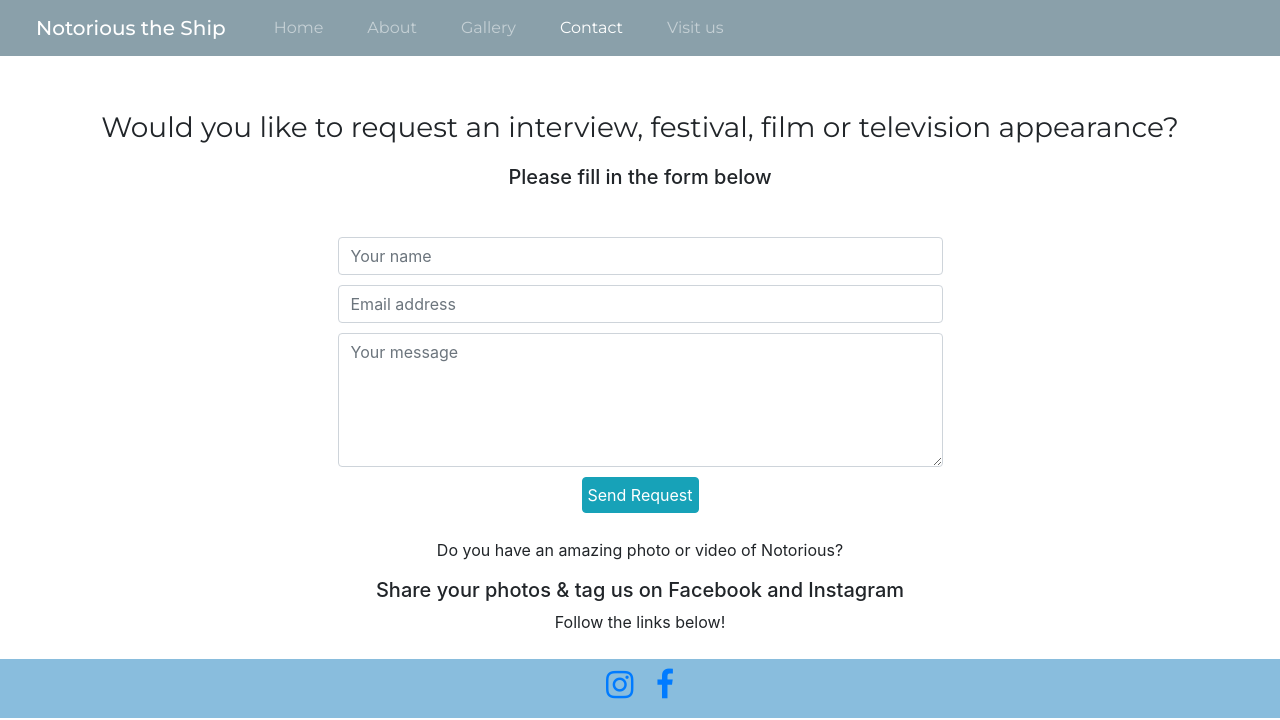
Repository: TSRose/NotorioustheShip
Page: contact.html
The author's editor kept a record of every edit. The page is drawn from the files as they stood at one moment, then again after the next edit.
The browser window is 1280 px wide. The pictures show the whole page.

Above is the page before.

### contact.html
<!DOCTYPE html>
<html lang="en">

<head>
    <meta charset="UTF-8">
    <meta name="viewport" content="width=device-width, initial-scale=1.0">
    <meta http-equiv="X-UA-Compatible" content="ie=edge">
    <link rel="stylesheet" href="https://stackpath.bootstrapcdn.com/bootstrap/4.3.1/css/bootstrap.min.css" type="text/css" />
    <link rel="stylesheet" href="https://stackpath.bootstrapcdn.com/font-awesome/4.7.0/css/font-awesome.min.css">
    <link rel="stylesheet" href="assets/css/style.css" type="text/css">

    <title>Notorious the Ship</title>
</head>

<body>
    <nav class="navbar navbar-dark navbar-expand-sm">
        <a href="index.html" class="navbar-brand">Notorious the Ship</a>
        <button class="navbar-toggler ml-auto" type="button" data-toggle="collapse" data-target="#navbarNavDropdown" aria-controls="navbarNavDropdown" aria-expanded="false" aria-label="Toggle navigation">
      <span class="navbar-toggler-icon"></span></button>
        <div class="collapse navbar-collapse" id="navbarNavDropdown">
            <ul class="navbar-nav mr-auto">
                <li class="nav-item mr-2"><a class="nav-link" href="index.html">Home</a></li>
                <li class="nav-item mr-2"><a class="nav-link" href="about.html">About</a></li>
                <li class="nav-item mr-2"><a class="nav-link" href="gallery.html">Gallery</a></li>
                <li class="active nav-item mr-2"><a class="nav-link" href="contact.html">Contact</a></li>
                <li class="nav-item mr-2"><a class="nav-link" href="open.html">Visit us</a></li>
            </ul>
        </div>
    </nav>

    <section class="container-fluid">
        <div class="row bg-color-contact">
            <div class="col-12">
                <h3 class="contact-heading text-center"> Would you like to request an interview, festival, film or television appearance?</h3>
                <h5 class="text-center">Please fill in the form below </h5>
                <div class="center-form">
                    <form>
                        <input type="text" name="name" id="fullname" class="form-control" placeholder="Your name" required />
                        <input type="email" name="email" id="emailaddress" class="form-control" placeholder="Email address" required />
                        <textarea rows="5" name="websitemessage" id="websitemessage" class="form-control" placeholder="Your message" required /></textarea>
                        <div class="form-row text-center">
                            <div class="col-12">
                                <button type="button" class="btn btn-info">Send Request</button>
                            </div>
                        </div>
                    </form>
                </div>
                <div class="text-center share">
                    <p>Do you have an amazing photo or video of Notorious?</p>
                    <h5>Share your photos & tag us on Facebook and Instagram</h5>
                    <p>Follow the links below!</p>
                </div>
            </div>
    </section>
    <!---------------------------footer----->
    <footer class="container-fluid footer">
        <div id="footer-details" class="row">
            <div class="col-12">
                <ul class="list-inline social-links">
                    <li class="list-inline-item">
                        <a target="_blank" href="http://instagram.com/notoriousship">
                        <i class="fa fa-instagram fa-2x" aria-hidden="true"></i>
                        <span class="sr-only">Instagram</span>
                        </a>
                    </li>
                    <li class="list-inline-item">
                        <a target="_blank" href="http://facebook.com/notorioustheship">
                        <i class="fa fa-facebook fa-2x" aria-hidden="true"></i>
                        <span class="sr-only">Facebook</span>
                        </a>
                    </li>
                </ul>
            </div>
        </div>
    </footer>

    <script src="https://code.jquery.com/jquery-3.3.1.slim.min.js" integrity="sha384-q8i/X+965DzO0rT7abK41JStQIAqVgRVzpbzo5smXKp4YfRvH+8abtTE1Pi6jizo" crossorigin="anonymous"></script>
    <script src="https://cdnjs.cloudflare.com/ajax/libs/popper.js/1.14.7/umd/popper.min.js" integrity="sha384-UO2eT0CpHqdSJQ6hJty5KVphtPhzWj9WO1clHTMGa3JDZwrnQq4sF86dIHNDz0W1" crossorigin="anonymous"></script>
    <script src="https://stackpath.bootstrapcdn.com/bootstrap/4.3.1/js/bootstrap.min.js" integrity="sha384-JjSmVgyd0p3pXB1rRibZUAYoIIy6OrQ6VrjIEaFf/nJGzIxFDsf4x0xIM+B07jRM" crossorigin="anonymous"></script>

</body>

</html>

### assets/css/style.css
@import url('https://fonts.googleapis.com/css?family=Montserrat:100,200,300,400,500,600,700|Roboto:100,200,300,400,500,600,700');

body {
    margin: 10;
    padding: 0;
}

header {
    margin: 0;
}

.footer {
    background-color: #89bddd;
    border-color: #89bddd;
}

h2 {
    margin-bottom: 20px;
}

/*-------------------------------- navbar */

.navbar-brand {
    font-family: "Montserrat", sans-serif;
    color: #fafafa;
    margin: 0 20px;
    font-weight: 500;
}

.nav-item {
    color: #fafafa;
    font-family: "Montserrat", sans-serif;
    margin: 0 20px;
}

.list-inline {
    text-align: center;
}

.navbar {
    color: #aaa;
    background-color: #8aa0aa;
    margin-bottom: 0;
    border: 0;
    width: 100%;
}

.navbar .navbar-toggler {
    border: 0;
}

/*---------------------------------Landing ----*/

.landing-container {
    height: 100VH;
    background: url("../images/notorious_portdouglas_xsm_crop.jpg") no-repeat center center fixed;
    -webkit-background-size: cover;
    -moz-background-size: cover;
    -o-background-size: cover;
    background-size: cover;
    display: flex;
    align-items: center;
    justify-content: center;
    position: relative;
}

@media (min-width: 576px) {
    .landing-container {
        background: url("../images/notorious_portdouglas_sm_crop.jpg") no-repeat center right fixed;
    }
}

@media (min-width: 768px) {
    .landing-container {
        background: url("../images/notorious_portdouglas_md_crop.jpg") no-repeat center right fixed;
    }
}

@media (min-width: 992px) {
    .landing-container {
        background: url("../images/notorious_portdouglas.PNG") no-repeat center left fixed;
    }
}

.text-uppercase {
    text-transform: uppercase;
}

.landing-subheading {
    padding: 0 0px;
    text-align: left;
}

/*--------------------------------Jumbotron*/

.absolute {
    position: absolute;
    height: 100VH;
    width: 100VW;
    padding: 7%;
}

.jumbotron {
    background-color: transparent;
    padding: 0;
    color: #fafafa;
    height: 100VH;
}

.jumbotron-header {
    font-weight: bold;
    margin-bottom: 35px;
    margin: 50px;
    text-transform: capitalize;
    padding: 50px;
}


/*--------------------------------------- contact form*/

.contact-heading {
    font-family: "Montserrat", sans-serif;
    font-weight: 200;
    padding-top: 30px;
    margin-top: 25px;
    margin-bottom: 15px;
}

.center-form {
    padding: 0 10px;
    margin: 0 auto;
    max-width: 70%;
}

button[type="submit"] {
    margin-top: 15px;
    margin-bottom: 20px;
    color: #fafafa;
    background-color: #3498db;
}

.btn {
    padding: 5px;
}

.form-control {
    margin: 10px 0;
}

.share {
    margin: 25px 0;
}

@media(max-width: 991px) {
    .center-form {
        padding-top: 30px;
        min-height: 240px;
        margin: 0 auto;
        max-width: 70%;
    }
}

@media(min-width: 992px) {
    .center-form {
        padding-top: 30px;
        min-height: 240px;
        margin: 0 auto;
        max-width: 50%;
    }
}

@media(min-width: 992px) {
    .contact-heading {
        font-family: "Montserrat", sans-serif;
        font-weight: 400;
        margin-top: 25px;
        margin-bottom: 20px;
    }
}

/*-----------------------------------About*/

.about-container {
    margin: 15px;
}

.article-wrapper {
    margin-right: 50px;
}

.theshipimage {
    background: url("../images/notorious_on_anchor.PNG");
    background-position: left;
    background-repeat: no-repeat;
    display: inline-block;
    width: 300px;
    height: auto;
    transition: all .5s ease-in-out;
    -moz-transition: all .5s ease-in-out;
    -webkit-transition: all .5s ease-in-out;
    margin: 0 15;
}

.thebuilderimage {
    background: url("../images/graemewylie.jpg");
    background-position: left;
    background-repeat: no-repeat;
    background-size: cover;
    display: block;
    width: 300px;
    height: auto;
    transition: all .5s ease-in-out;
    -moz-transition: all .5s ease-in-out;
    -webkit-transition: all .5s ease-in-out;
}

.thehistoryimage {
    background: url("../images/portuguesecaravelmodel.jpg");
    background-position: left;
    background-repeat: no-repeat;
    background-size: cover;
    display: block;
    width: auto;
    height: 300px;
    max-height: 300px;
    transition: all .5s ease-in-out;
    -moz-transition: all .5s ease-in-out;
    -webkit-transition: all .5s ease-in-out;
}

.article-container {
    margin: 30px;
}

/*-----------------------------------Open Days*/
.opendays {

}

/*-----------------------------------Gallery*/

.gallery-container {
    padding: 20px 0;
}

.image-padding {
    padding: 5px;
}

.zoom {
    width: 100%;
    height: 200px;
    border-radius:5px;
    background-size: cover;
    -webkit-transition: all .3s ease-in-out;
    -moz-transition: all .3s ease-in-out;
    -o-transition: all .3s ease-in-out;
    -ms-transition: all .3s ease-in-out;
}


.transition {
    -webkit-transform: scale(1.2);
    -moz-transform: scale(1.2);
    -o-transform: scale(1.2);
    transform: scale(1.2);
}
    .modal-header {

     border-bottom: none;
}
    .modal-title {
        color:#000;
    }
    .modal-footer{
      display:none;
    }


/*-----------------------------------Footer*/

.social-links {
    margin-top: 10px;
    padding-bottom: 0px;
}

.list-inline-item {
    padding-left: 5px;
    padding-right: 5px;
}

After the next edit:
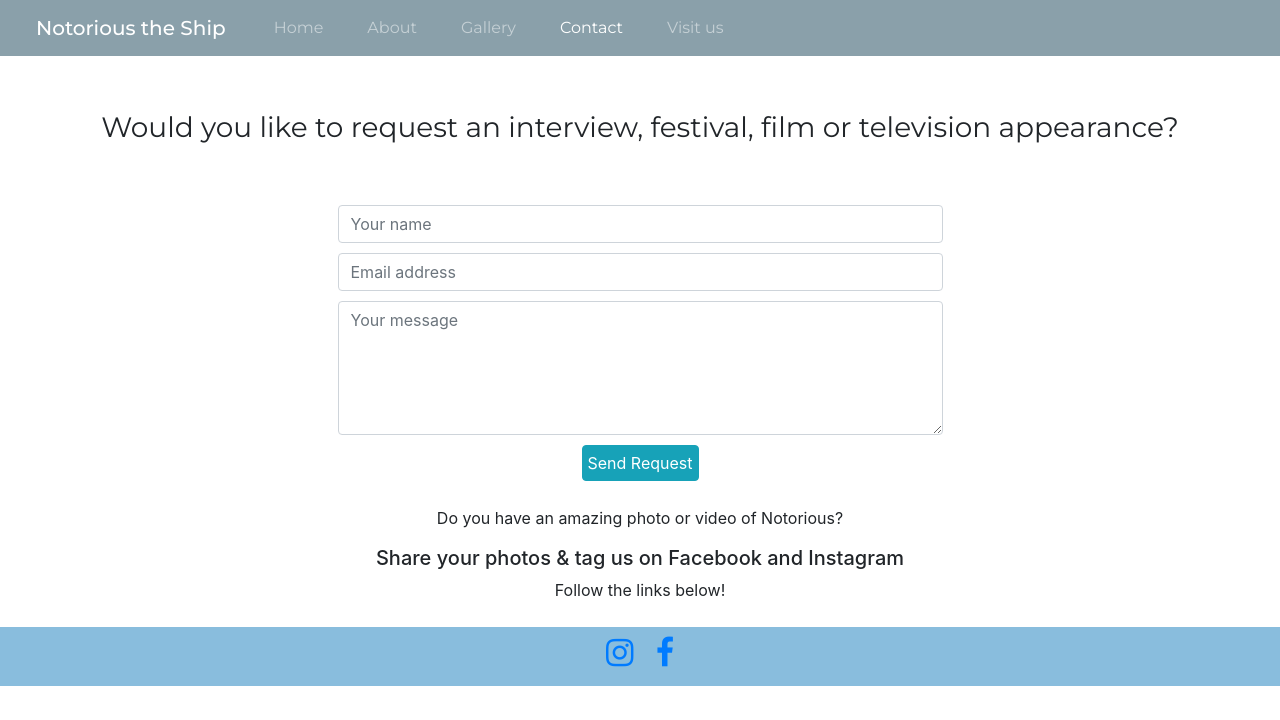
The edit:
--- a/contact.html
+++ b/contact.html
@@ -32,7 +32,6 @@
         <div class="row bg-color-contact">
             <div class="col-12">
                 <h3 class="contact-heading text-center"> Would you like to request an interview, festival, film or television appearance?</h3>
-                <h5 class="text-center">Please fill in the form below </h5>
                 <div class="center-form">
                     <form>
                         <input type="text" name="name" id="fullname" class="form-control" placeholder="Your name" required />
